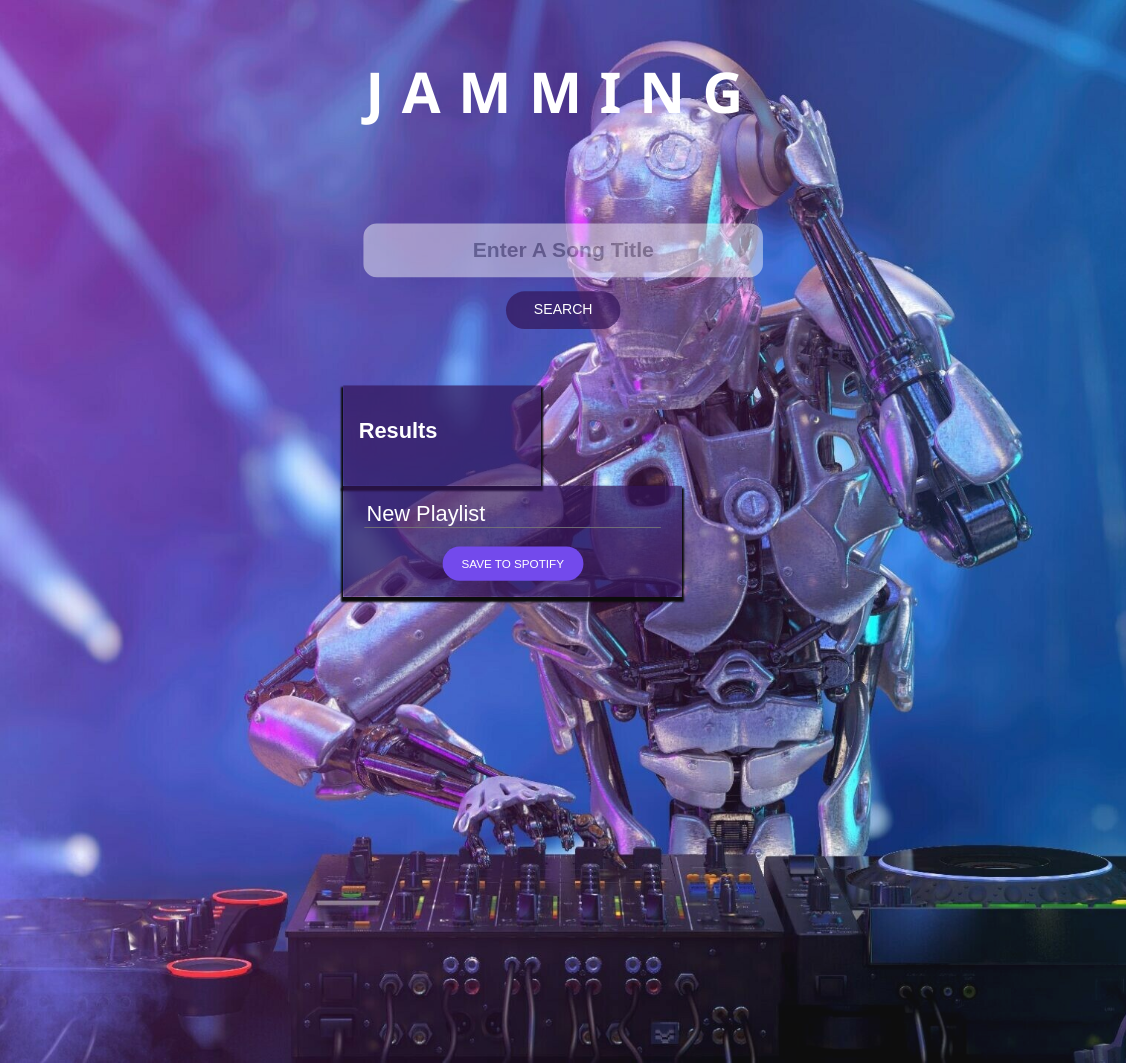
Repository: LolaSL/jamming
Page: /
The author's editor kept a copy of each file at every save. The page is drawn from the files as they stood at one save, then again after a run of saves.
The browser window is 1280 px wide. The pictures show the whole page, at 88% of full size.
The project was rebuilt for these pictures with package versions that can differ from the ones it lists, and the page was loaded fresh each time. Also part of the build but not shown: src/components/Track/Track.css, src/components/Track/Track.jsx.

Above is the page before, as saved 2023-06-23 17:39:21.

After the next 3 saves:
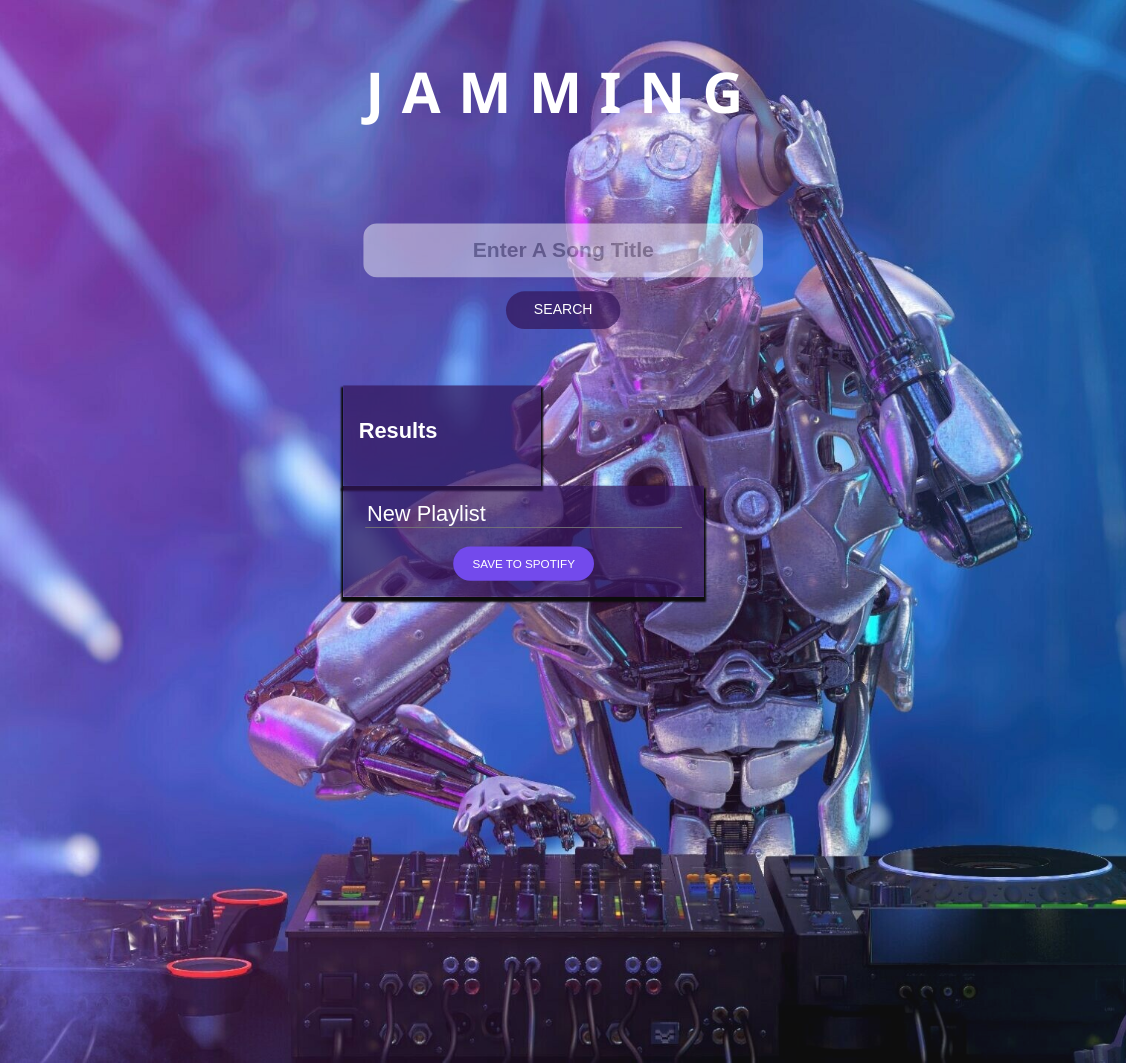
The 3 saves are shown as one change because they came seconds apart.
The last was saved 7 s later.
--- a/src/components/PlayList/PlayList.css
+++ b/src/components/PlayList/PlayList.css
@@ -55,7 +55,7 @@
 
   @media screen and (min-width: 800px) {
     .Playlist {
-      width:90 %;
+      width:75%;
       height: auto;
     }
   }
